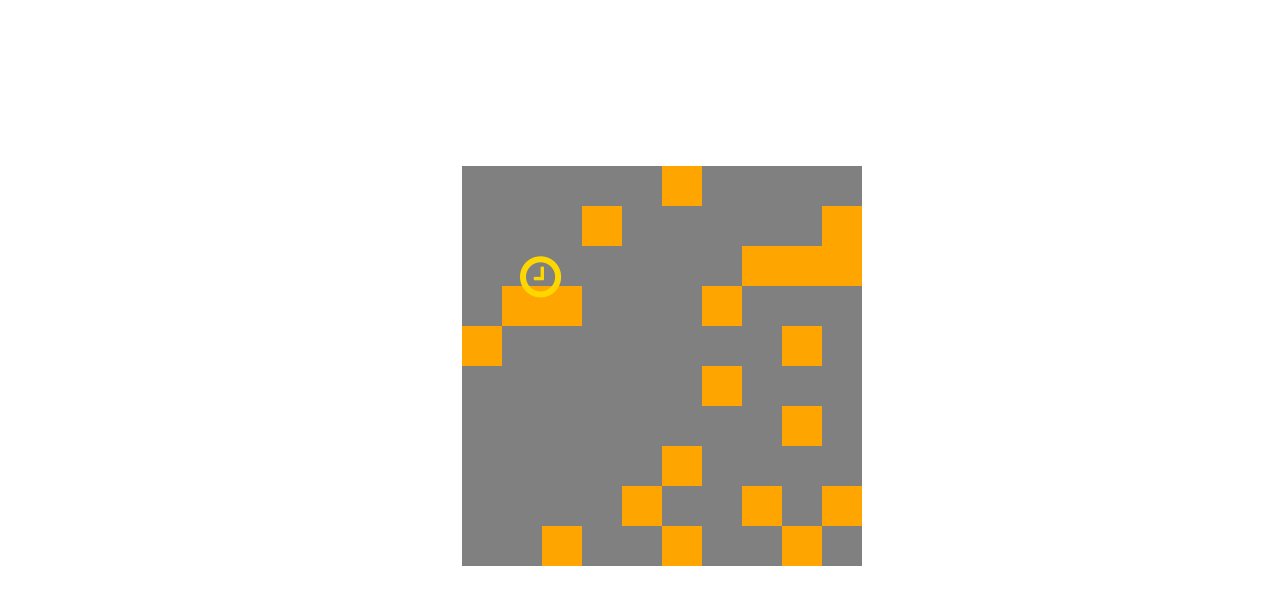
Repository: issaRan/MineSweeper
Page: html/index.html
An editor plug-in stored every save of this project. The page is shown before and after the next save, followed by the edit.
The browser window is 1280 px wide. The pictures show the whole page.

Above is the page before, as saved 2020-10-23 17:07:51.

After the next save:
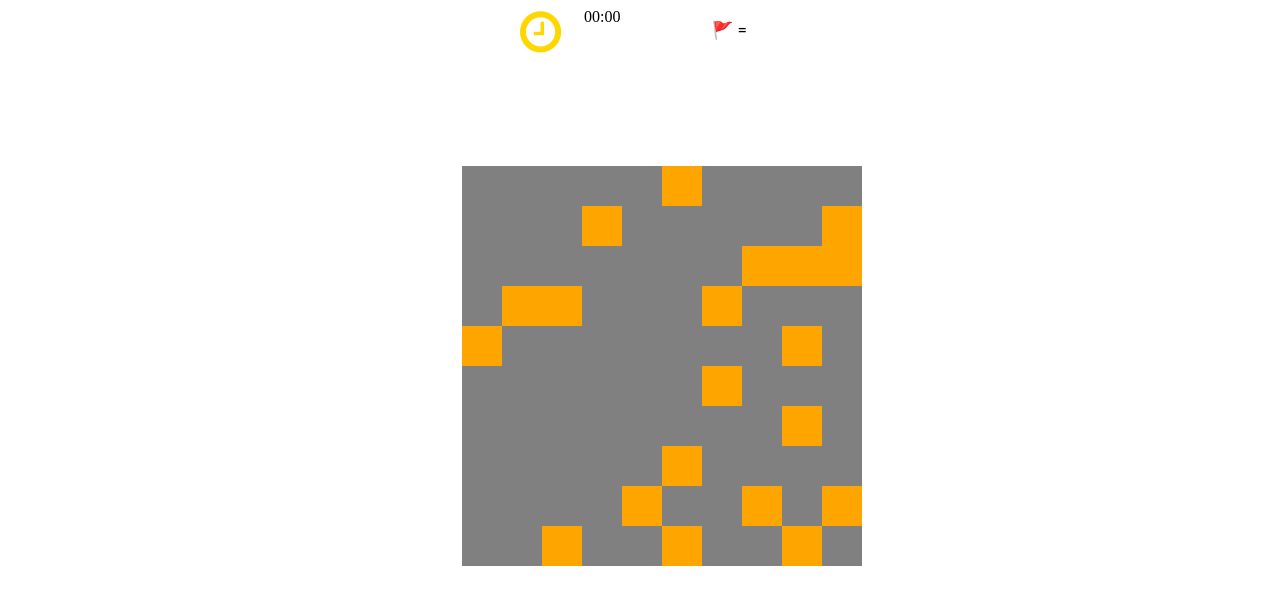
Saved 21 s later.
--- a/css/styles.css
+++ b/css/styles.css
@@ -53,5 +53,5 @@ h1{
 }
 #time{
     margin-left: 45%;
-    margin-top: 20%;
+    position: absolute;
 }
